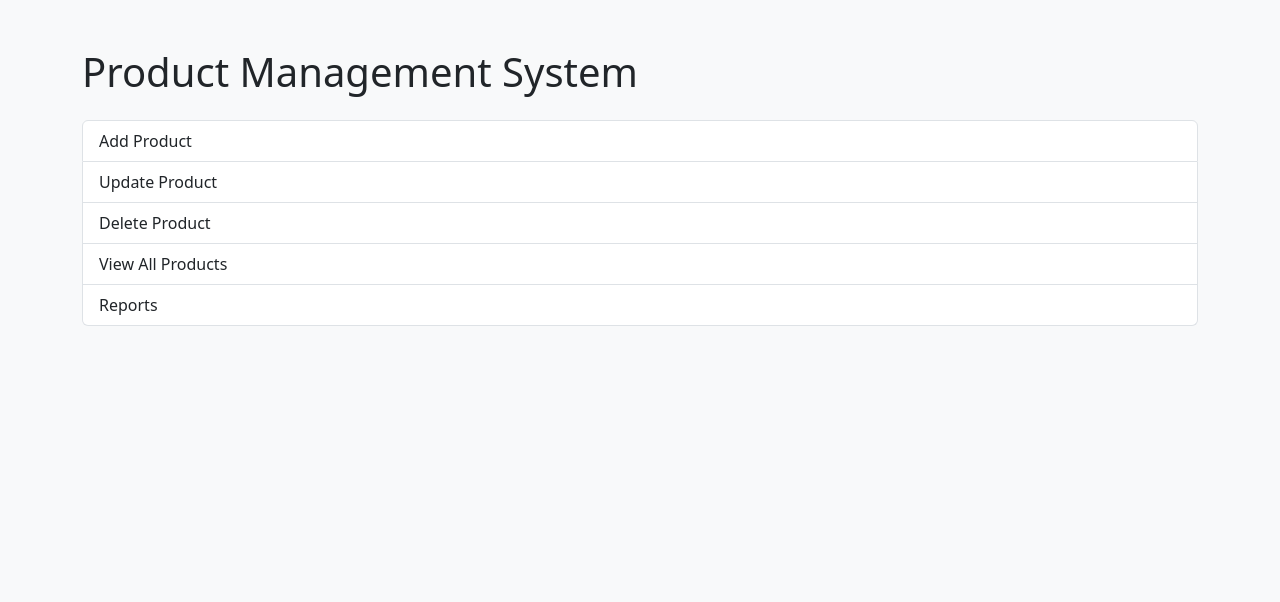
Repository: srushtinb/ProductManagementSystem
Page: http://localhost/ProductManagementSystem/
The author's editor kept a copy of each file at every save. The page is drawn from the files as they stood at one save, then again after the next save.
The browser window is 1280 px wide. The pictures show the whole page.
Some web libraries are served in a nearby version. The page is served by Tomcat 9. Other server files are loaded and not shown.

Above is the page before, as saved 2025-05-27 10:04:10.

### ProductManagementSystem/src/main/webapp/index.jsp
<%@ page contentType="text/html;charset=UTF-8" language="java" %>
<!DOCTYPE html>
<html lang="en">
<head>
    <title>Product Management System</title>
    <link href="https://cdn.jsdelivr.net/npm/bootstrap@5.4.3/dist/css/bootstrap.min.css" rel="stylesheet">
</head>
<body class="bg-light">
<div class="container py-5">
    <h1 class="mb-4">Product Management System</h1>
    <div class="list-group">
        <a href="productadd.jsp" class="list-group-item list-group-item-action">Add Product</a>
        <a href="productupdate.jsp" class="list-group-item list-group-item-action">Update Product</a>
        <a href="productdelete.jsp" class="list-group-item list-group-item-action">Delete Product</a>
        <a href="DisplayProductsServlet" class="list-group-item list-group-item-action">View All Products</a>
        <a href="reports.jsp" class="list-group-item list-group-item-action">Reports</a>
    </div>
</div>
</body>
</html>

After the next save:
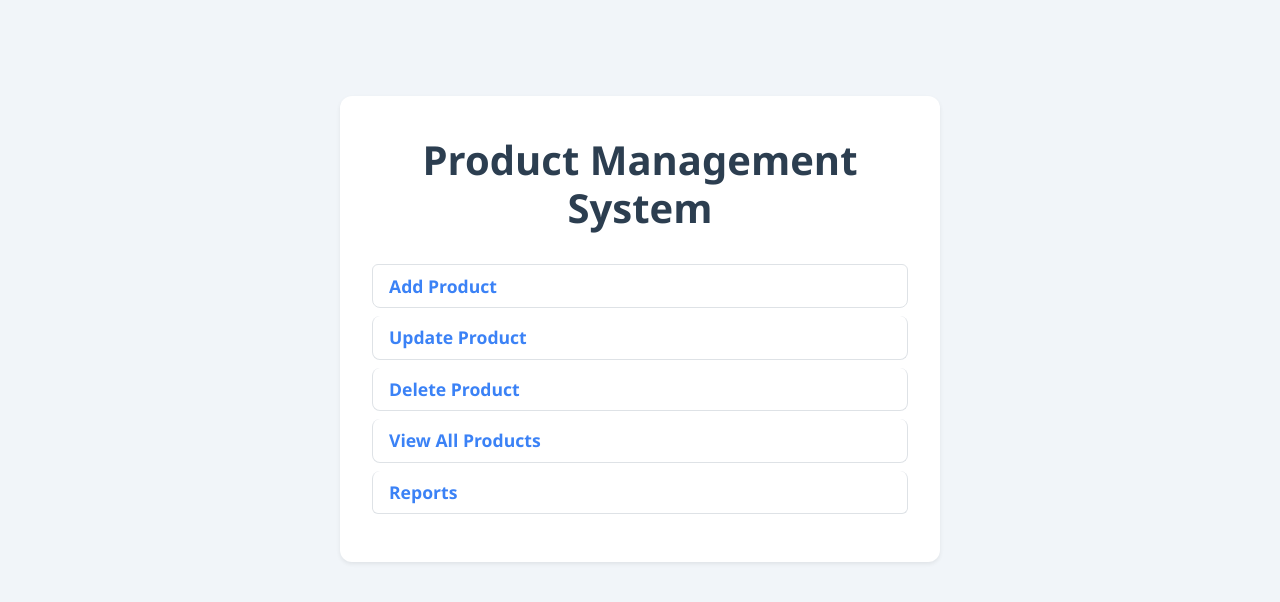
Saved 4 min 35 s later.
--- a/ProductManagementSystem/src/main/webapp/index.jsp
+++ b/ProductManagementSystem/src/main/webapp/index.jsp
@@ -2,12 +2,47 @@
 <!DOCTYPE html>
 <html lang="en">
 <head>
+    <meta charset="UTF-8" />
+    <meta name="viewport" content="width=device-width, initial-scale=1" />
     <title>Product Management System</title>
-    <link href="https://cdn.jsdelivr.net/npm/bootstrap@5.4.3/dist/css/bootstrap.min.css" rel="stylesheet">
+    <link href="https://cdn.jsdelivr.net/npm/bootstrap@5.4.3/dist/css/bootstrap.min.css" rel="stylesheet" />
+    <style>
+        body {
+            background-color: #f1f5f9;
+            font-family: 'Segoe UI', Tahoma, Geneva, Verdana, sans-serif;
+        }
+        .container {
+            max-width: 600px;
+            margin-top: 6rem;
+            background: white;
+            padding: 2.5rem 2rem;
+            border-radius: 12px;
+            box-shadow: 0 6px 20px rgb(0 0 0 / 0.1);
+        }
+        h1 {
+            font-weight: 700;
+            color: #2c3e50;
+            margin-bottom: 2rem;
+            text-align: center;
+        }
+        .list-group-item {
+            font-weight: 600;
+            font-size: 1.1rem;
+            color: #3b82f6;
+            border-radius: 8px;
+            margin-bottom: 0.5rem;
+            transition: background-color 0.2s ease;
+        }
+        .list-group-item:hover {
+            background-color: #e0f2fe;
+            color: #2563eb;
+            text-decoration: none;
+        }
+    </style>
 </head>
-<body class="bg-light">
-<div class="container py-5">
-    <h1 class="mb-4">Product Management System</h1>
+<body>
+<div class="container shadow-sm">
+    <h1>Product Management System</h1>
     <div class="list-group">
         <a href="productadd.jsp" class="list-group-item list-group-item-action">Add Product</a>
         <a href="productupdate.jsp" class="list-group-item list-group-item-action">Update Product</a>
@@ -16,5 +51,7 @@
         <a href="reports.jsp" class="list-group-item list-group-item-action">Reports</a>
     </div>
 </div>
+
+<script src="https://cdn.jsdelivr.net/npm/bootstrap@5.4.3/dist/js/bootstrap.bundle.min.js"></script>
 </body>
 </html>
